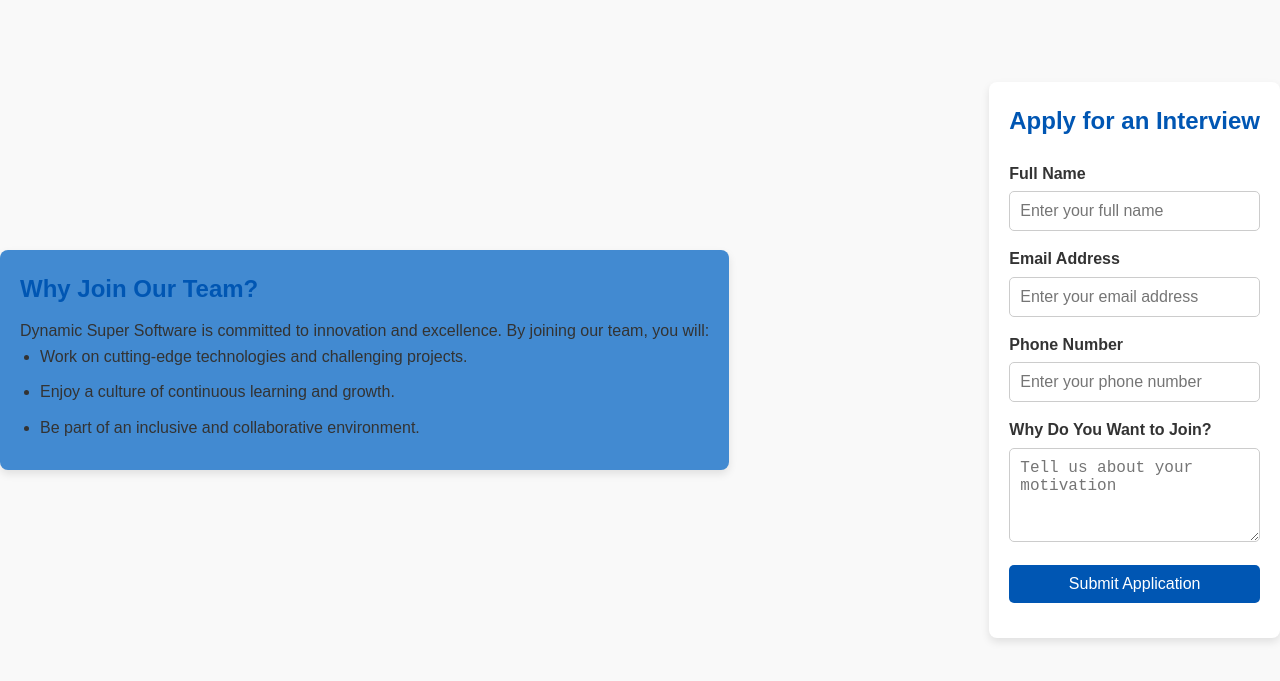
Repository: abhibkop27/CIMDR
Page: src/sample.html
These files come from the project's save history. The page is drawn as it stood at one moment and after the next save; the edit follows.
The browser window is 1280 px wide. The pictures show the whole page.

Above is the page before, as saved 2025-01-20 15:59:35.

After the next save:
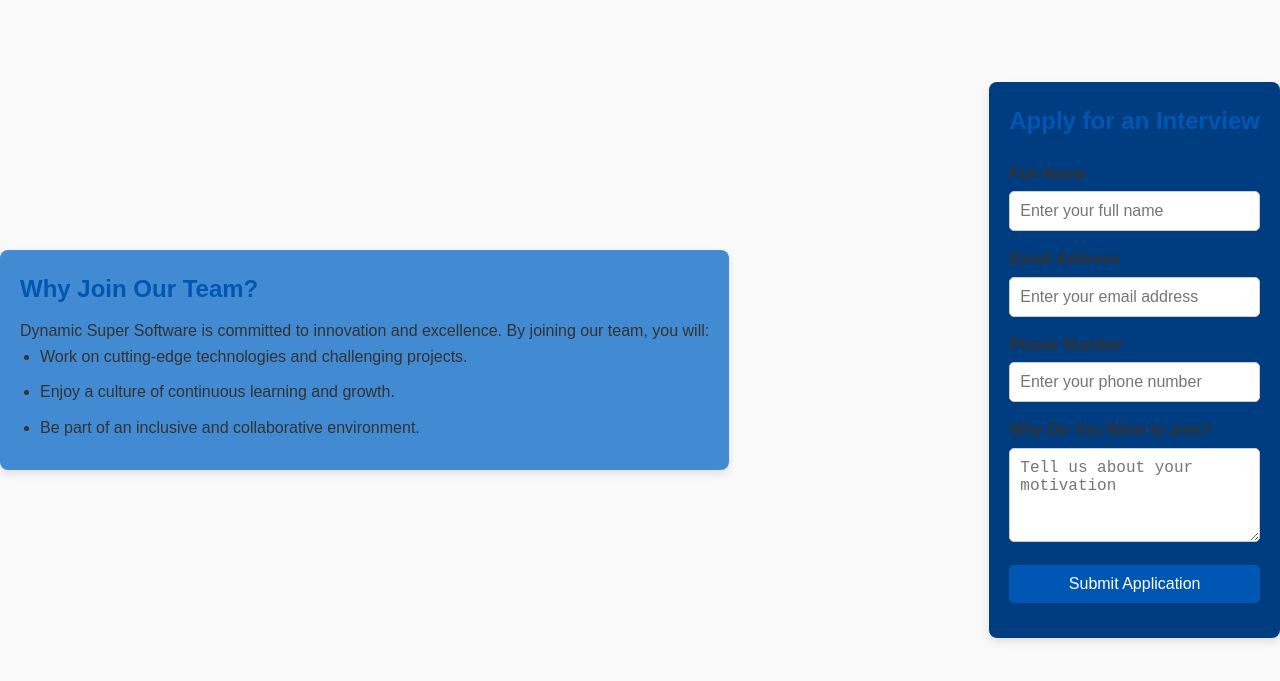
Saved 24 s later.
--- a/src/sample.html
+++ b/src/sample.html
@@ -48,6 +48,11 @@
         .info-section ul li {
             margin-bottom: 10px;
         }
+
+    .form-section{
+        background-color: #003d80;
+    }
+
         .form-section h2 {
             margin-bottom: 20px;
             color: #0056b3;
